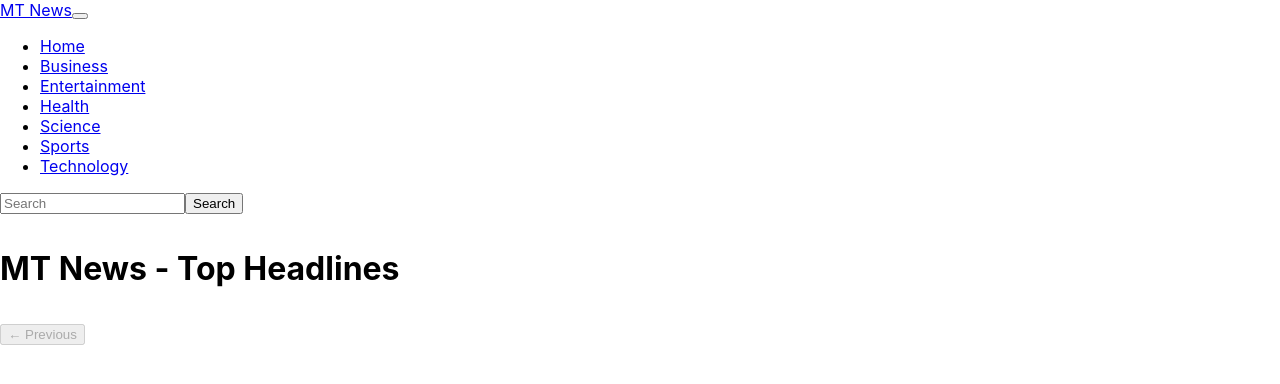
Repository: professorsourabh/news_website_using-ReactJS
Page: /health
An editor plug-in stored every save of this project. The page is shown before and after the next save, followed by the edit.
The browser window is 1280 px wide. The pictures show the whole page.
The page's requests for data from a server got no answer. The project was rebuilt for these pictures with package versions that can differ from the ones it lists, and the page was loaded fresh each time. No one was signed in, and anything a server would have sent is missing. Also part of the build but not shown: src/Components/NewsaItem.js.

Above is the page before, as saved 2023-05-26 11:52:29.

### src/index.js
import React from 'react';
import ReactDOM from 'react-dom/client';
import './index.css';
import App from './App';
import reportWebVitals from './reportWebVitals';
import { BrowserRouter , Route, Routes } from 'react-router-dom';
const root = ReactDOM.createRoot(document.getElementById('root'));
root.render(
  <React.StrictMode>

    <App />

  </React.StrictMode>
);

// If you want to start measuring performance in your app, pass a function
// to log results (for example: reportWebVitals(console.log))
// or send to an analytics endpoint. Learn more: https://bit.ly/CRA-vitals
reportWebVitals();

### src/App.js
// App.js
import React, { Component } from 'react';
import { BrowserRouter as Router, Route, Routes } from 'react-router-dom';
import NavBar from './Components/NavBar';
import News from './Components/News';

export default class App extends Component {
  render() {
    return (
      <Router>
        <div>
          <NavBar />

          <Routes>
            <Route path="/" element={<News category="general"/>} />
            <Route path="/business" element={<News category="business" />} />
            <Route path="/news/Entertainment" element={<News category="entertainment" />} />
            <Route path="/health" element={<News category="health" />} />
            <Route path="/science" element={<News category="science" />} />
            <Route path="/sports" element={<News category="sports" />} />
            <Route path="/technology" element={<News category="technology" />} />
          </Routes>
        </div>
      </Router>
    );
  }
}

### src/Components/NavBar.js
// NavBar.js
import React, { Component } from 'react';
import { Link } from 'react-router-dom';

export class NavBar extends Component {
  render() {
    return (
      <div>
        <nav className="navbar navbar-expand-md bg-body-dark bg-dark text-center">
          <div className="container-fluid">
            <Link className="navbar-brand text-light" to="/">
              MT News
            </Link>
            <button
              className="navbar-toggler"
              type="button"
              data-bs-toggle="collapse"
              data-bs-target="#navbarSupportedContent"
              aria-controls="navbarSupportedContent"
              aria-expanded="false"
              aria-label="Toggle navigation"
            >
              <span className="navbar-toggler-icon"></span>
            </button>

            <div className="collapse navbar-collapse" id="navbarSupportedContent">
              <ul className="navbar-nav me-auto mb-2 mb-lg-0">
                <li className="nav-item">
                  <Link className="nav-link text-light" to="/">
                    Home
                  </Link>
                </li>

                <li className="nav-item">
                  <Link className="nav-link text-light" to="/business">
                    Business
                  </Link>
                </li>
                <li className="nav-item">
                  <Link className="nav-link text-light" to="/news/Entertainment">
                    Entertainment
                  </Link>
                </li>
                <li className="nav-item">
                  <Link className="nav-link text-light" to="/health">
                    Health
                  </Link>
                </li>
                <li className="nav-item">
                  <Link className="nav-link text-light" to="/science">
                    Science
                  </Link>
                </li>
                <li className="nav-item">
                  <Link className="nav-link text-light" to="/sports">
                    Sports
                  </Link>
                </li>
                <li className="nav-item">
                  <Link className="nav-link text-light" to="/technology">
                    Technology
                  </Link>
                </li>
              </ul>

              <form className="d-flex" role="search">
                <input className="form-control me-2" type="search" placeholder="Search" aria-label="Search" />
                <button className="btn btn-outline-success" type="submit">
                  Search
                </button>
              </form>
            </div>
          </div>
        </nav>
      </div>
    );
  }
}

export default NavBar;

### src/Components/News.js
// News.js
import React, { Component } from 'react';
import NewsaItem from './NewsaItem';
import Spinner from './Spinner';
import PropTypes from 'prop-types';

export class News extends Component {
  static defaultProps = {
    country: 'in',
    category: 'general',
  };

  static propTypes = {
    country: PropTypes.string,
    category: PropTypes.string,
  };

  constructor(props) {
    super(props);
    this.state = {
      articles: [],
      loading: false,
      page:1
    };
  }

  async componentDidMount() {
    await this.fetchArticles();
  }
  handlePrevious= () => {
    // this.setState
  }

  async componentDidUpdate(prevProps) {
    if (prevProps.category !== this.props.category) {
      await this.fetchArticles();
    }
  }

  fetchArticles = async () => {
    const { country, category } = this.props;
    const apiKey = '6de024851937497c9017d3f0f0e104a4'; // Replace with your NewsAPI API key
    const page=1;
    try {
      this.setState({ loading: true });
      const url = `https://newsapi.org/v2/top-headlines?country=${country}&category=${category}&apiKey=${apiKey}&page=${page}`;
      const response = await fetch(url);
      const data = await response.json();
      this.setState({ articles: data.articles, loading: false });
    } catch (error) {
      console.error('Error fetching articles:', error);
      this.setState({ loading: false });
    }
  };

  render() {
    const { articles, loading } = this.state;

    return (
      <div className="container my-3">
        <h1 className="text-center" style={{ margin: '35px 0px' }}>
          MT News - Top Headlines
        </h1>

        {loading ? (
          <Spinner />
        ) : (
          <div className="row">
            {articles.map((article) => (
              <div className="col-md-4" key={article.url}>
                <NewsaItem
                  title={article.title ? article.title : ''}
                  description={article.description ? article.description.slice(0, 88) : ''}
                  imageUrl={
                    article.urlToImage ||
                    'https://img.etimg.com/thumb/msid-100188906,width-1070,height-580,imgsize-113958,overlay-etmarkets/photo.jpg'
                  }
                  newsUrl={article.url}
                />
              </div>
            ))}
          </div>

        )}
        <div className="container d-flex justify-content-between">
            <button disabled={this.state.page<=1} type="button" className="btn btn-primary" onClick={this.handlePrevious}>&larr; Previous</button>
            {/* <a disabled={this.state.page<=1} type="button" className="btn btn-primary" onClick={this.handleNext}>Next &rarr;</a> */}
            </div>
      </div>
    );
  }
}

export default News;

### src/Components/Spinner.js
import React, { Component } from 'react'
import loading from './loading.gif'
export class Spinner extends Component {
  render() {
    return (
      <div className='d-flex justify-content-center text-center align-items-center'>
        <img src={loading} alt="loading"/>
      </div>
    )
  }
}

export default Spinner

Loaded but not shown: src/index.css (common file); src/reportWebVitals.js (common file)

After the next save:
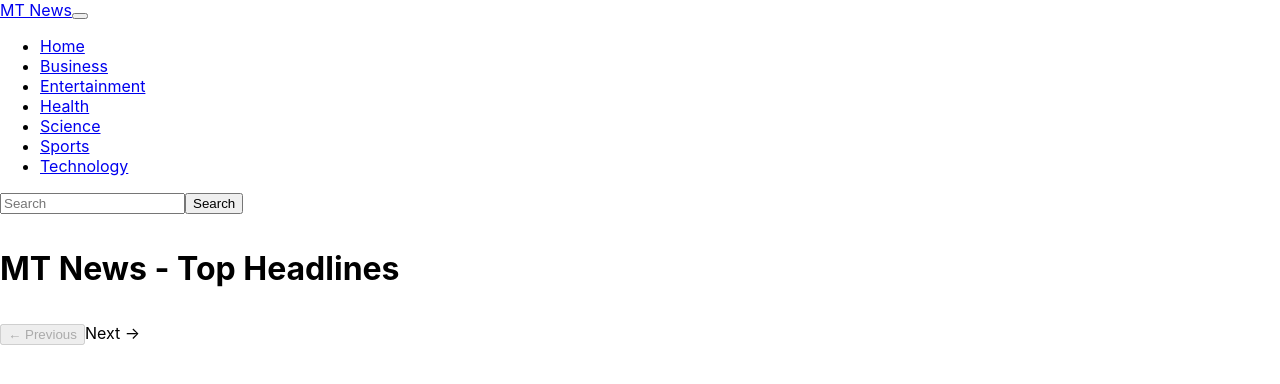
Saved 4 min 28 s later.
--- a/src/Components/News.js
+++ b/src/Components/News.js
@@ -27,10 +27,20 @@ export class News extends Component {
   async componentDidMount() {
     await this.fetchArticles();
   }
-  handlePrevious= () => {
+  async handlePrevious(){
     // this.setState
   }
+  async handleNext(){
+    this.setState({ loading: true });
+      const url = `https://newsapi.org/v2/top-headlines?country=${country}&category=${category}&apiKey=${apiKey}&page=${this.state.page+1}`;
+      const response = await fetch(url);
+      const data = await response.json();
+      this.setState({ articles: data.articles, loading: false });
+  this.setState({
+    page:this.state.page+1
 
+  })
+ }
   async componentDidUpdate(prevProps) {
     if (prevProps.category !== this.props.category) {
       await this.fetchArticles();
@@ -84,7 +94,7 @@ export class News extends Component {
         )}
         <div className="container d-flex justify-content-between">
             <button disabled={this.state.page<=1} type="button" className="btn btn-primary" onClick={this.handlePrevious}>&larr; Previous</button>
-            {/* <a disabled={this.state.page<=1} type="button" className="btn btn-primary" onClick={this.handleNext}>Next &rarr;</a> */}
+            <a disabled={this.state.page<=1} type="button" className="btn btn-primary" onClick={this.handleNext}>Next &rarr;</a>
             </div>
       </div>
     );
